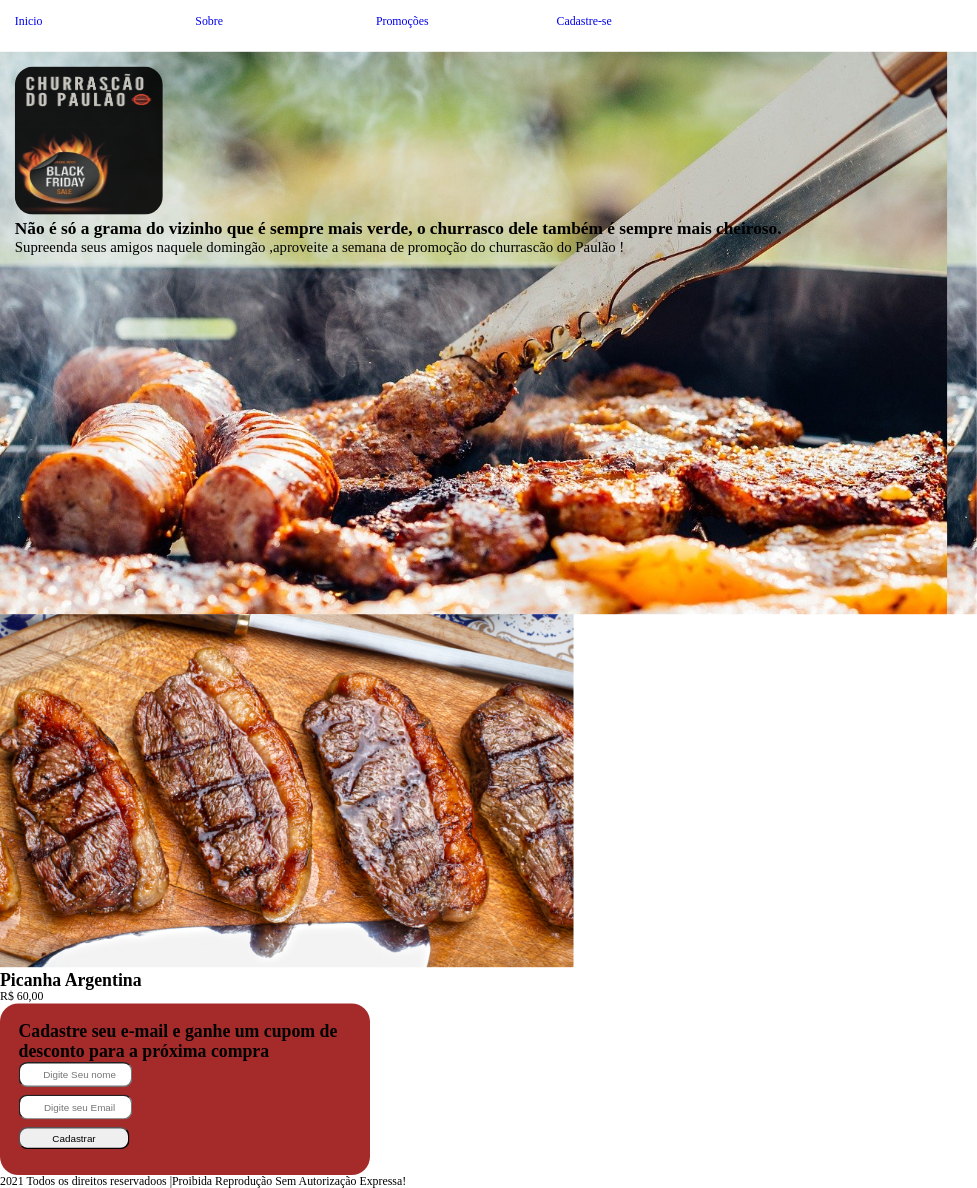
Repository: PauloMarquess/ProjetoBlackFriday
Page: index.html
The author's editor kept a copy of each file at every save. The page is drawn from the files as they stood at one save, then again after the next save.
The browser window is 1280 px wide. The page is 1320 px wide, so the pictures cover 1320 px, including what lies to the right of the window. The pictures show the whole page, at 74% of full size.

Above is the page before, as saved 2021-07-15 16:37:45.

After the next save:
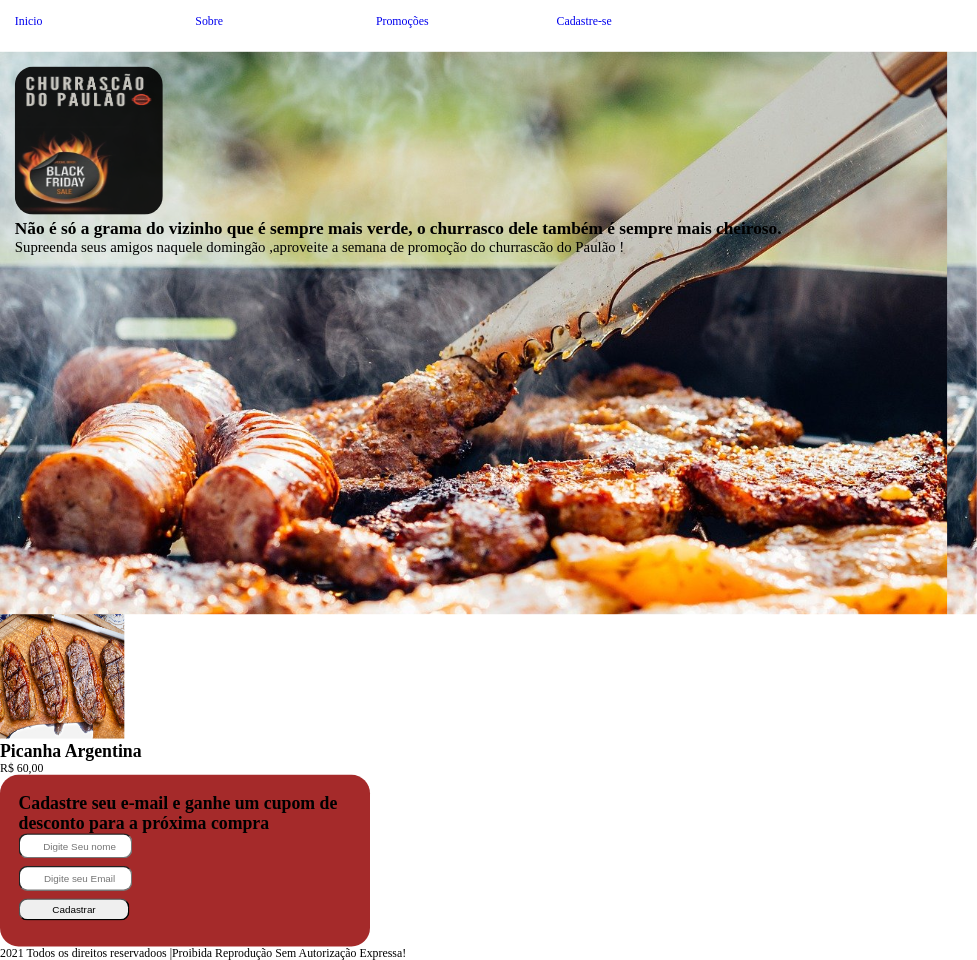
Saved 14 s later.
--- a/css/style.css
+++ b/css/style.css
@@ -61,7 +61,7 @@
    text-align: center;
 }
 
-.produtos section img{
+.produtos img{
     width: 168px;
      height: 168px;
 }
